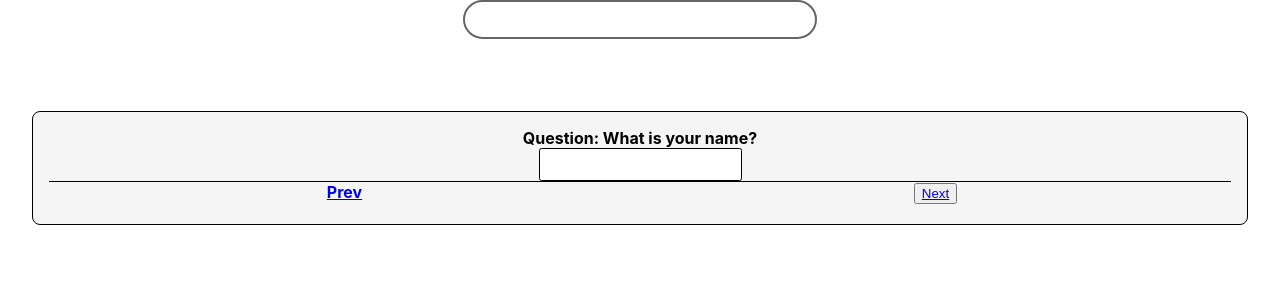
Repository: TheRungtaLibrary/survey
Page: /steps/1
These files come from the project's save history. The page is drawn as it stood at one moment and after the next save; the edit follows.
The browser window is 1280 px wide. The pictures show the whole page.
The project was rebuilt for these pictures with package versions that can differ from the ones it lists, and the page was loaded fresh each time. Also part of the build but not shown: src/App.css, src/components/Steps/Intro/Intro.js, src/components/Steps/Step2/Step2.js, src/components/Steps/Step3/Step3.js, src/components/Steps/Step4/Step4.js, src/components/Steps/Summary/Summary.scss, src/components/Steps/Summary/Summary.js.

Above is the page before, as saved 2020-03-19 17:50:43.

### src/App.js
import React from 'react';
import {
  BrowserRouter as Router,
  Switch,
  Route
} from "react-router-dom";
import "./App.css";
import {SurveyProvider} from "./contexts/SurveyContext";
import Steps from "./components/Steps/Steps";
import { ProgressBarContainer } from "./components/ProgressBarContainer/ProgressBarContainer";
//import NavigationFooter from "./components/NavigationFooter/NavigationFooter";


function App() {
  return (
    <div className="app">
      <Router>
        <Switch>
          <Route path="/">
            <SurveyProvider>
              <ProgressBarContainer />
              <Steps />
            </SurveyProvider>
          </Route>
        </Switch>
      </Router>
    </div>
  );

}

export default App;

### src/contexts/SurveyContext.js
import React from "react";
import { useHistory } from "react-router-dom";
import { useStateWithLocalStorage } from "../utils/useStateWithLocalStorage";
const SurveyContext = React.createContext(null);
export const SurveyConsumer = SurveyContext.Consumer;

export function SurveyProvider({children}) {
    const [info, setInfo] = useStateWithLocalStorage("formData");
    let [currentStep, setCurrentStep] = React.useState(0);

    const setSurveyData = (dataObj)  => {
        setInfo([...info, ...dataObj]);
        setCurrentStep(++currentStep);
    }

    const getSurveyData = () => {
        return localStorage.getItem('formData');
    };

    const decreaseSurveyStep = ()  => {
        setCurrentStep(--currentStep);
    }

    const increaseSurveyStep = () => {
        setCurrentStep(++currentStep);
    };

    const getCurrentStep = () => {
        return currentStep;
    };

    const resetCurrentStep = () => {
        setCurrentStep(0);
        localStorage.removeItem("formData");
    };

    const surveyContextValue = {
        getSurveyData,
        setSurveyData,
        increaseSurveyStep,
        decreaseSurveyStep,
        getCurrentStep,
        currentStep,
        resetCurrentStep
    }

    return (
        <SurveyContext.Provider value={surveyContextValue}>
			{children}
		</SurveyContext.Provider>
    );
}

export default SurveyContext;

### src/components/Steps/Steps.js
import React from 'react';
import {BrowserRouter as Router, Route, Switch} from 'react-router-dom';
import Intro from './Intro/Intro';
import Step1 from './Step1/Step1';
import Step2 from './Step2/Step2';
import Step3 from './Step3/Step3';
import Step4 from './Step4/Step4';
import Summary from './Summary/Summary';

/**
* This is the functional component for Home
* @constructor
*/
function Steps(){

	return (
		<Router>
			<div>
                <Switch>
                    <Route exact path='/' component={Intro} />
                    <Route exact path='/intro' component={Intro} />
                    <Route exact path='/steps/1' component={Step1} />
                    <Route exact path="/steps/2" component={Step2} />
                    <Route exact path="/steps/3" component={Step3} />
                    <Route exact path="/steps/4" component={Step4} />
                    <Route exact path="/steps/5" component={Summary} />
                </Switch>
			</div>
		</Router>
	);
}

export default Steps;

### src/components/ProgressBarContainer/ProgressBarContainer.js
import React, {useState, useEffect} from 'react';
import './ProgressBarContainer.css';
import { SurveyConsumer } from "../../contexts/SurveyContext";

// pass percentRange state through props to Range an ProgressBar components
const Range = (props) => {
    return (
        // render current the filled range of progress bar along its width
        <div className="range" style={{width: `${props.percentRange}%`}}/>
    );
};

const ProgressBar = (props) => {

  const percentRange = props.percentRange * 20 < 80 ? props.percentRange * 20 : 80;

  return (
      <div className="progress-bar">
          {/*render available progress bar’s limit*/}
          <Range percentRange={percentRange}/>
      </div>
  );
};


function EffectedFn() {
    const [loading, setLoading] = useState(true);

    useEffect(() => {
      setTimeout(() => {
        setLoading(false);
      }, 1000 * 10);
    });

    return (
      <div>
        {loading && <span>Loading...</span>}
        {!loading && <span>All Done!</span>}
      </div>
    );
  }

export const ProgressBarContainer = () => {

  return (

    <SurveyConsumer>
    {({currentStep}) =>
      <div className="container">
        <ProgressBar percentRange={currentStep}/>
    </div>
    }
  </SurveyConsumer>


  );
};

### src/utils/useStateWithLocalStorage.js
import React from 'react';

export const useStateWithLocalStorage = localStorageKey => {
  const [value, setValue] = React.useState(
    () => JSON.parse(window.localStorage.getItem(localStorageKey)) || ""
  );

  React.useEffect(() => {
    window.localStorage.setItem(localStorageKey, JSON.stringify(value));
  }, [localStorageKey, value]);

  return [value, setValue];
};

### src/components/Steps/Step1/Step1.js
import React from 'react';
import {Link} from 'react-router-dom';
import './Step1.scss'
import SurveyContext from '../../../contexts/SurveyContext';

/**
 * Calculator component
 */
const Step1 = () => {
  const [name, setName] = React.useState("");
  const surveyContext = React.useContext(SurveyContext);

  /**
   * Handler for submit event for calculator form
   * @param {Event} event
   */
  const onSubmit = () => {
    /**
     * Pass Url to aync data loader in context provider
     */
    surveyContext.setSurveyData([{'name':name}])
  }

  const onPrev = () => {
    surveyContext.decreaseSurveyStep();
  }

    return (
      <form onSubmit={onSubmit} className="input-container panel">
        <label>Question: What is your name?</label>
        <input type="text" onChange={e => {setName(e.target.value)}} required/>
        <div className="nav-footer">
          <div>
          <Link to="/steps/0" onClick={onPrev}>Prev</Link>
          </div>
          <div>
            <button>
              <Link to="/steps/2" onClick={onSubmit}>Next</Link>
            </button>
          </div>
        </div>
      </form>
    );
}

export default Step1;

### src/components/ProgressBarContainer/ProgressBarContainer.css


.container {
    display: flex;
    justify-content: center;
    align-items: center;
    flex-direction: column;
    width: 100%;
    height: auto;
}

.progress-bar {
    width: 350px;
    height: 35px;
    border-radius: 50px;
    border: 2px solid #666;
    margin-bottom: 40px;
}

.range {
    background: limegreen;
    height: 100%;
    border-radius: inherit;
    transition: width .3s ease-in;
}

.toggle-buttons button {
    margin: 0 10px;
    padding: 7px 20px;
    border-radius: 5px;
    outline: 0;
    cursor: pointer;
}

.toggle-buttons button:hover {
    color: white;
    background: #666;
}

### src/components/Steps/Intro/Intro.scss
.calculator-widget{
    display: flex;
    flex-direction: row nowrap;
}

.panel {
    background-color: hsl(0, 0%, 95%);
    border-radius: .5rem;
    height: 5rem;
    border: solid 1px black;
    padding: 2rem;
    margin: 2rem;
    background: #f5f5f5;
    font-weight: bold;
    align-items: center;
  }

.input-container{
    flex-grow:1;
    padding: 1rem;
    text-align: center;
}

.input-container input{
    padding: .5rem .75rem;
    border: solid 1px black;
    border-radius: .15rem;
    text-align: center;
}

@media screen and (max-width: 580px) and (min-width: 375px) {
    .calculator-widget {
     display: flex;
     flex-flow: column nowrap;
     justify-content: space-around;
     align-items: center;
  }

  .panel{
    height: 10rem;
  }
}

### src/components/Steps/Step1/Step1.scss
.panel {
    background-color: hsl(0, 0%, 95%);
    border-radius: .5rem;
    height: 5rem;
    border: solid 1px black;
    padding: 2rem;
    margin: 2rem;
    background: #f5f5f5;
    font-weight: bold;
    align-items: center;
  }

.input-container{
  display: flex;
  flex-direction: column;
  text-align: center;
}

.input-container input{
    padding: .5rem .75rem;
    border: solid 1px black;
    border-radius: .15rem;
    text-align: center;
}

.nav-footer {
  width: 100%;
  display: flex;
  border-top: solid 1px black;
  div {
    width: 50%;
  }
}

@media screen and (max-width: 580px) and (min-width: 375px) {
    .calculator-widget {
     display: flex;
     flex-flow: column nowrap;
     justify-content: space-around;
     align-items: center;
  }

  .panel{
    height: 10rem;
  }
}

### src/components/Steps/Step2/Step2.scss
.calculator-widget{
    display: flex;
    flex-direction: row nowrap;
}

.panel {
    background-color: hsl(0, 0%, 95%);
    border-radius: .5rem;
    height: 5rem;
    border: solid 1px black;
    padding: 2rem;
    margin: 2rem;
    background: #f5f5f5;
    font-weight: bold;
    align-items: center;
  }

.input-container{
    flex-grow:1;
    padding: 1rem;
    text-align: center;
}

.input-container input{
    padding: .5rem .75rem;
    border: solid 1px black;
    border-radius: .15rem;
    text-align: center;
}

@media screen and (max-width: 580px) and (min-width: 375px) {
    .calculator-widget {
     display: flex;
     flex-flow: column nowrap;
     justify-content: space-around;
     align-items: center;
  }

  .panel{
    height: 10rem;
  }
}

### src/components/Steps/Step3/Step3.scss
.calculator-widget{
    display: flex;
    flex-direction: row nowrap;
}

.panel {
    background-color: hsl(0, 0%, 95%);
    border-radius: .5rem;
    height: 5rem;
    border: solid 1px black;
    padding: 2rem;
    margin: 2rem;
    background: #f5f5f5;
    font-weight: bold;
    align-items: center;
  }

.input-container{
    flex-grow:1;
    padding: 1rem;
    text-align: center;
}

.input-container input{
    padding: .5rem .75rem;
    border: solid 1px black;
    border-radius: .15rem;
    text-align: center;
}

@media screen and (max-width: 580px) and (min-width: 375px) {
    .calculator-widget {
     display: flex;
     flex-flow: column nowrap;
     justify-content: space-around;
     align-items: center;
  }

  .panel{
    height: 10rem;
  }
}

### src/components/Steps/Step4/Step4.scss
.calculator-widget{
    display: flex;
    flex-direction: row nowrap;
}

.panel {
    background-color: hsl(0, 0%, 95%);
    border-radius: .5rem;
    height: 5rem;
    border: solid 1px black;
    padding: 2rem;
    margin: 2rem;
    background: #f5f5f5;
    font-weight: bold;
    align-items: center;
  }

.input-container{
    flex-grow:1;
    padding: 1rem;
    text-align: center;
}

.input-container input{
    padding: .5rem .75rem;
    border: solid 1px black;
    border-radius: .15rem;
    text-align: center;
}

@media screen and (max-width: 580px) and (min-width: 375px) {
    .calculator-widget {
     display: flex;
     flex-flow: column nowrap;
     justify-content: space-around;
     align-items: center;
  }

  .panel{
    height: 10rem;
  }
}

Loaded but not shown: public/index.html (common file); src/index.js (common file); src/index.css (common file); src/serviceWorker.js (common file)

After the next save:
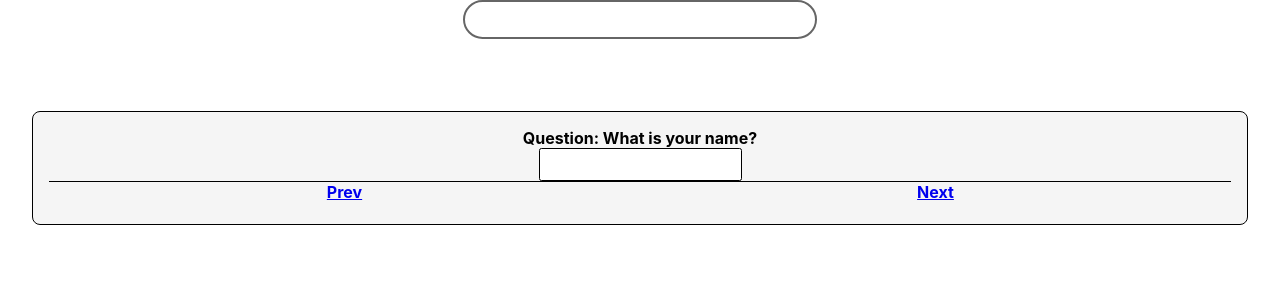
Saved 30 s later.
--- a/src/components/Steps/Step1/Step1.js
+++ b/src/components/Steps/Step1/Step1.js
@@ -34,9 +34,7 @@ const Step1 = () => {
           <Link to="/steps/0" onClick={onPrev}>Prev</Link>
           </div>
           <div>
-            <button>
-              <Link to="/steps/2" onClick={onSubmit}>Next</Link>
-            </button>
+            <Link to="/steps/2" onClick={onSubmit}>Next</Link>
           </div>
         </div>
       </form>
